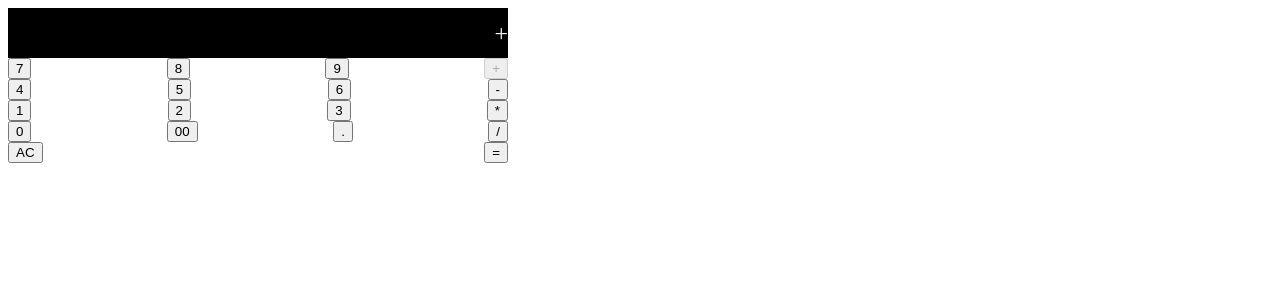
Repository: masa-rock/kadai_jquery_2
Page: index.html
The author's editor kept a record of every edit. The page is drawn from the files as they stood at one moment, then again after the next edit.
The browser window is 1280 px wide. The pictures show the whole page.
After loading, the first visible `button.com_cal` was clicked once.
Some web libraries are served in a nearby version.

Above is the page before.

### index.html
    <!DOCTYPE html>
    <html lang="en">
      <head>
        <meta charset="utf-8">
        <script src="https://code.jquery.com/jquery-3.2.1.js" integrity="sha256-DZAnKJ/6XZ9si04Hgrsxu/8s717jcIzLy3oi35EouyE=" crossorigin="anonymous"></script>
        <link rel="stylesheet" href="style.css">
        <title>電卓</title>
      </head>

      <body>
        <div class="calculator">
          <div class="calculator_display">0</div>
          <div class="calculator_commands">
            <div class="calculator_command">
              <button class="com com_7">7</button>
              <button class="com com_8">8</button>
              <button class="com com_9">9</button>
              <button class="com_cal">+</div>
            </div>
            <div class="calculator_command">
              <button class="com com_4">4</button>
              <button class="com com_5">5</button>
              <button class="com com_6">6</button>
              <button class="com_cal">-</button>
            </div>
            <div class="calculator_command">
              <button class="com com_1">1</button>
              <button class="com com_2">2</button>
              <button class="com com_3">3</button>
              <button class="com_cal">*</button>
            </div>
            <div class="calculator_command">
              <button class="com com_0">0</button>
              <button class="com com_00">00</button>
              <button class="com com_decimal_point">.</button>
              <button class="com_cal">/</button>
            </div>
            <div class="calculator_command">
              <button class="com_ac">AC</button>
              <button class="com_equal">=</button>
            </div>
          </div>
        </div>


        <script src="main.js"></script>
      </body>
    </html>

### style.css
.calculator{
  width:500px;
}

.calculator_display{
  width:100%;
  height: 50px;
  line-height: 50px;
  font-size:24px;
  background-color: #000;
  text-align: right;
  color:#fff;
}

.calculator_command{
  display: flex;
  justify-content:space-between;
}

.calculator_command div{
  width: 100%;
  height:40px;
  line-height: 40px;
  margin:2px;
  font-weight: bold;
  background-color:#ddd;
  border:solid 1px #000;
  border-radius: 3px;
  text-align: center;

}

### main.js
$(document).ready(function(){

  let push_num = [];
  let result ="";
  let num_1 = "";
  var receive_num="";
  var len_array ="";


  // 数字ボタン操作
  $('.com').on('click',function(){
    receive_num = $(this).text();
    len_array = push_num.length;
    $("#com_cal").prop("disabled",false);
    // 0,00の初回入力防止
    if (len_array == 0 && (receive_num == 0 || receive_num == 00)){
      $(".calculator_display").text(0);
    }else{
      push_num.push(receive_num);
      num_1 = push_num.join('');
      $(".calculator_display").text(num_1);
    }
  });

  // 四則演算ボタン操作
  $('.com_cal').on('click',function(){
    push_num.push($(this).text());
    num_1 = push_num.join('');
    $(".calculator_display").text(num_1);
    $(this).prop("disabled",true);
  });

  // ACボタン操作
  $('.com_ac').on('click',function(){
    push_num = [];
    num_1 = "";
    $(".calculator_display").text(0);
    $("#com_cal").prop("disabled",false);
  });

  // equalボタン操作
  $('.com_equal').on('click',function() {
      result = eval(num_1);
      $(".calculator_display").text(result);
      push_num = [result];
      $("#com_cal").prop("disabled",false);
  });
});


// ○+△-□ができるようにする
// ++,*-など連続がないようにする。

After the next edit:
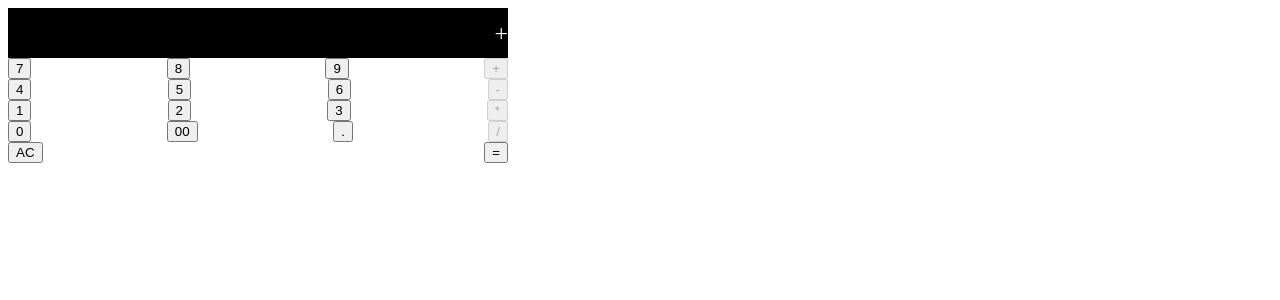
The edit:
--- a/main.js
+++ b/main.js
@@ -27,7 +27,7 @@
     push_num.push($(this).text());
     num_1 = push_num.join('');
     $(".calculator_display").text(num_1);
-    $(this).prop("disabled",true);
+    $('.com_cal').prop("disabled",true);
   });
 
   // ACボタン操作
